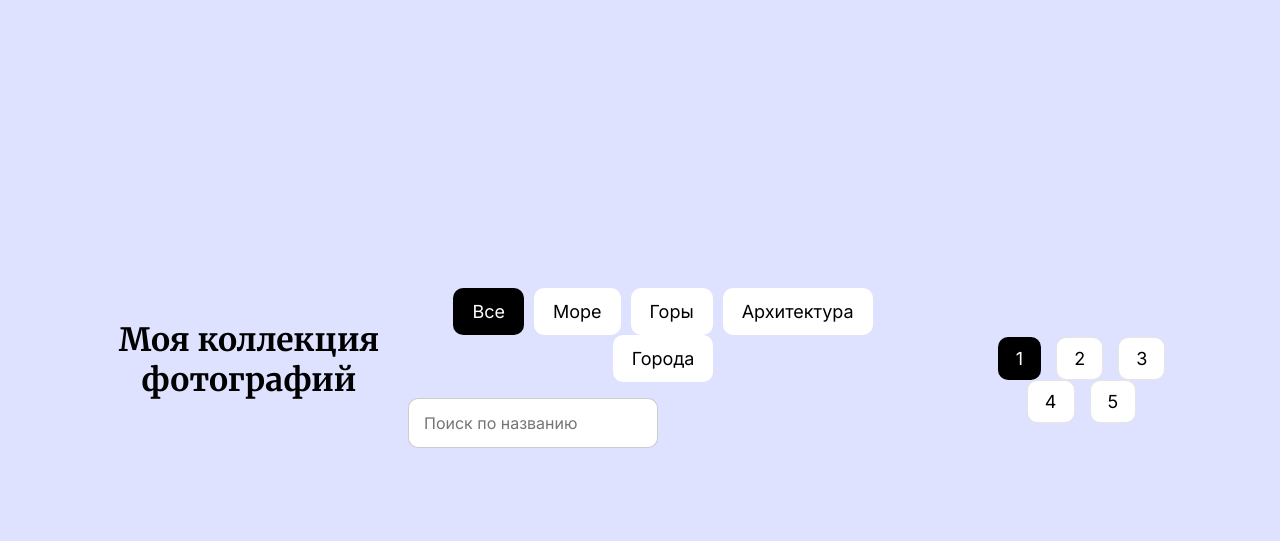
Repository: iveivs/archkv_6proj_react
Page: /
The author's editor kept a copy of each file at every save. The page is drawn from the files as they stood at one save, then again after the next save.
The browser window is 1280 px wide. The pictures show the whole page.
The page's requests for data from a server got no answer. The project was rebuilt for these pictures with package versions that can differ from the ones it lists, and the page was loaded fresh each time. No one was signed in, and anything a server would have sent is missing. Also part of the build but not shown: vite.config.js, src/components/modal/Modal1.jsx, src/components/modal2/Modal2.jsx, src/components/modal3/Modal3.jsx, src/components/photo/Collection.jsx, src/components/quiz/Game.jsx, src/components/quiz/Result.jsx, src/components/quiz/QuizMain.jsx and 5 more.

Above is the page before, as saved 2024-02-08 15:33:41.

### src/App.jsx
import { useState } from 'react'
// import './App.css'
import Modal1 from './components/modal/Modal1'
import Modal2 from './components/modal2/Modal2'
import Modal3 from './components/modal3/Modal3'
import TempAppPhoto from './components/photo/TempAppPhoto'
import QuizMain from './components/quiz/QuizMain'
// import './components/quiz/index.scss'
import TempAppUsers from './components/users/tempApp'
// В данном приложении рассмотрены небольшие различные компоненты
function App() {

  return (
    <>
      {/* <Modal1 /> */}
      {/* <Modal2 /> */}
      {/* <Modal3 />  */}
      {/* <QuizMain  /> */}
      {/* < TempAppUsers /> */}
      <TempAppPhoto  />
    </>
  )
}

export default App

### src/components/photo/TempAppPhoto.jsx
import React from "react";
import "./index.scss";
import { Collection } from "./Collection";
import { useState, useEffect } from "react";

const ctgry = [
    { name: "Все" },
    { name: "Море" },
    { name: "Горы" },
    { name: "Архитектура" },
    { name: "Города" },
];

function TempAppPhoto() {
    const [categoryId, setCategoryId] = useState(0);
    const [isLoading, setIsLoading] = useState(true);
    const [page, setPage] = useState(1);
    const [collection, setCollection] = useState([]);
    const [searchValue, setSearchValue] = useState("");

    useEffect(() => {
        setIsLoading(true);

        const category = categoryId ? `category=${categoryId}` : "";

        fetch(
            `https://65c398c639055e7482c13885.mockapi.io/photo_collections?page=${page}&limit=3&${category}`
        )
            .then((res) => res.json())
            .then((json) => {
                setCollection(json);
            })
            .catch((err) => {
                console.warn(err);
            })
            .finally(() => setIsLoading(false));
    }, [categoryId, page]);

    return (
        <div className="App">
            <h1>Моя коллекция фотографий</h1>
            <div className="top">
                <ul className="tags">
                    {ctgry.map((obj, index) => (
                        <li
                            onClick={() => setCategoryId(index)}
                            className={categoryId === index ? "active" : ""}
                            key={obj.name}
                        >
                            {obj.name}
                        </li>
                    ))}
                </ul>
                <input
                    value={searchValue}
                    onChange={(e) => setSearchValue(e.target.value)}
                    className="search-input"
                    placeholder="Поиск по названию"
                />
            </div>
            <div className="content">
                {isLoading ? (
                    <h2>Идёт загрузка...</h2>
                ) : (
                    collection
                        .filter((obj) =>
                            obj.name
                                .toLowerCase()
                                .includes(searchValue.toLowerCase())
                        )
                        .map((obj, index) => (
                            <Collection
                                key={index}
                                name={obj.name}
                                images={obj.photos}
                            />
                        ))
                )}
            </div>
            <ul className="pagination">
                {[...Array(5)].map((_, i) => (
                    <li
                        key={i}
                        onClick={() => setPage(i + 1)}
                        className={page === i + 1 ? "active" : ""}
                    >
                        {i + 1}
                    </li>
                ))}
            </ul>
        </div>
    );
}

export default TempAppPhoto;

### src/components/modal/Modal1.scss
* {
    font-family: -apple-system, BlinkMacSystemFont, 'Segoe UI', 'Roboto', 'Oxygen', 'Ubuntu',
        'Cantarell', 'Fira Sans', 'Droid Sans', 'Helvetica Neue', sans-serif;
}

body {
    margin: 0;
    -webkit-font-smoothing: antialiased;
    -moz-osx-font-smoothing: grayscale;
    background-color: #e6e8ec;
}

.App {
    display: flex;
    align-items: center;
    justify-content: center;
    height: 100vh;
    text-align: center;
}

.open-modal-btn {
    background: #fff;
    padding: 18px 25px;
    border-radius: 20px;
    font-weight: 500;
    border: 0;
    outline: none;
    font-size: 22px;
    cursor: pointer;
    line-height: 23px;
    box-shadow: 0 3px 5px rgba(0, 0, 0, 0.1);
    transition: all 0.1s ease-in-out;

    &:hover {
        box-shadow: 0 8px 10px rgba(0, 0, 0, 0.1);
        transform: translateY(-1px);
    }

    &:active {
        box-shadow: 0 1px 1px rgba(0, 0, 0, 0.1);
        transform: translateY(0);
    }
}

.overlay {
    position: absolute;
    left: 0;
    top: 0;
    width: 100%;
    height: 100%;
    background-color: rgba(0, 0, 0, 0.4);
    transition: all 0.5s ease-in-out;
}

.modal {
    background-color: #fff;
    width: 70%;
    max-width: 500px;
    max-height: 300px;
    padding: 40px 30px;
    border-radius: 10px;
    position: absolute;
    left: 50%;
    top: 50%;
    transform: translate(-50%, -50%);
    box-shadow: 0 3px 5px rgba(0, 0, 0, 0.1);
    transition: all 0.5s ease-in-out;

    img {
        border-radius: 5px;
        width: 100%;
    }

    svg {
        position: absolute;
        right: 10px;
        top: 10px;
        height: 24px;
        width: 24px;
        opacity: 0.3;
        cursor: pointer;

        &:hover {
            opacity: 1;
        }
    }
}

.overlay.animated {
    opacity: 0;
    visibility: hidden;

    .modal {
        opacity: 0;
        visibility: hidden;
        transform: translate(-50%, -30%);
        transition-delay: 0.2s;
    }

    &.show {
        opacity: 1;
        visibility: visible;

        .modal {
            opacity: 1;
            visibility: visible;
            transform: translate(-50%, -50%);
        }
    }
}

### src/components/modal2/Modal2.scss
* {
    font-family: -apple-system, BlinkMacSystemFont, 'Segoe UI', 'Roboto', 'Oxygen', 'Ubuntu',
        'Cantarell', 'Fira Sans', 'Droid Sans', 'Helvetica Neue', sans-serif;
}

body {
    margin: 0;
    -webkit-font-smoothing: antialiased;
    -moz-osx-font-smoothing: grayscale;
    background-color: #e6e8ec;
}

.App {
    display: flex;
    align-items: center;
    justify-content: center;
    height: 100vh;
    text-align: center;
}

.open-modal-btn {
    background: #fff;
    padding: 18px 25px;
    border-radius: 20px;
    font-weight: 500;
    border: 0;
    outline: none;
    font-size: 22px;
    cursor: pointer;
    line-height: 23px;
    box-shadow: 0 3px 5px rgba(0, 0, 0, 0.1);
    transition: all 0.1s ease-in-out;

    &:hover {
        box-shadow: 0 8px 10px rgba(0, 0, 0, 0.1);
        transform: translateY(-1px);
    }

    &:active {
        box-shadow: 0 1px 1px rgba(0, 0, 0, 0.1);
        transform: translateY(0);
    }
}

.overlay {
    position: absolute;
    left: 0;
    top: 0;
    width: 100%;
    height: 100%;
    background-color: rgba(0, 0, 0, 0.4);
    transition: all 0.5s ease-in-out;
}

.modal {
    background-color: #fff;
    width: 70%;
    max-width: 500px;
    max-height: 300px;
    padding: 40px 30px;
    border-radius: 10px;
    position: absolute;
    left: 50%;
    top: 50%;
    transform: translate(-50%, -50%);
    box-shadow: 0 3px 5px rgba(0, 0, 0, 0.1);
    transition: all 0.5s ease-in-out;

    img {
        border-radius: 5px;
        width: 100%;
    }

    svg {
        position: absolute;
        right: 10px;
        top: 10px;
        height: 24px;
        width: 24px;
        opacity: 0.3;
        cursor: pointer;

        &:hover {
            opacity: 1;
        }
    }
}

.overlay.animated {
    opacity: 0;
    visibility: hidden;

    .modal {
        opacity: 0;
        visibility: hidden;
        transform: translate(-50%, -30%);
        transition-delay: 0.2s;
    }

    &.show {
        opacity: 1;
        visibility: visible;

        .modal {
            opacity: 1;
            visibility: visible;
            transform: translate(-50%, -50%);
        }
    }
}

### src/components/modal3/Modal3.scss
* {
    font-family: -apple-system, BlinkMacSystemFont, 'Segoe UI', 'Roboto', 'Oxygen', 'Ubuntu',
        'Cantarell', 'Fira Sans', 'Droid Sans', 'Helvetica Neue', sans-serif;
}

body {
    margin: 0;
    -webkit-font-smoothing: antialiased;
    -moz-osx-font-smoothing: grayscale;
    background-color: #e6e8ec;
}

.App {
    display: flex;
    align-items: center;
    justify-content: center;
    height: 100vh;
    text-align: center;
}

.open-modal-btn {
    background: #fff;
    padding: 18px 25px;
    border-radius: 20px;
    font-weight: 500;
    border: 0;
    outline: none;
    font-size: 22px;
    cursor: pointer;
    line-height: 23px;
    box-shadow: 0 3px 5px rgba(0, 0, 0, 0.1);
    transition: all 0.1s ease-in-out;

    &:hover {
        box-shadow: 0 8px 10px rgba(0, 0, 0, 0.1);
        transform: translateY(-1px);
    }

    &:active {
        box-shadow: 0 1px 1px rgba(0, 0, 0, 0.1);
        transform: translateY(0);
    }
}

.overlay {
    position: absolute;
    left: 0;
    top: 0;
    width: 100%;
    height: 100%;
    background-color: rgba(0, 0, 0, 0.4);
    transition: all 0.5s ease-in-out;
}

.modal {
    background-color: #fff;
    width: 70%;
    max-width: 500px;
    max-height: 300px;
    padding: 40px 30px;
    border-radius: 10px;
    position: absolute;
    left: 50%;
    top: 50%;
    transform: translate(-50%, -50%);
    box-shadow: 0 3px 5px rgba(0, 0, 0, 0.1);
    transition: all 0.5s ease-in-out;

    img {
        border-radius: 5px;
        width: 100%;
    }

    svg {
        position: absolute;
        right: 10px;
        top: 10px;
        height: 24px;
        width: 24px;
        opacity: 0.3;
        cursor: pointer;

        &:hover {
            opacity: 1;
        }
    }
}

.overlay.animated {
    opacity: 0;
    visibility: hidden;

    .modal {
        opacity: 0;
        visibility: hidden;
        transform: translate(-50%, -30%);
        transition-delay: 0.2s;
    }

    &.show {
        opacity: 1;
        visibility: visible;

        .modal {
            opacity: 1;
            visibility: visible;
            transform: translate(-50%, -50%);
        }
    }
}

### src/components/photo/index.scss
@import url('https://fonts.googleapis.com/css2?family=Merriweather:wght@400;700&display=swap');

body {
  margin: 0;
  font-family: system-ui, -apple-system, BlinkMacSystemFont, 'Segoe UI', Roboto, Oxygen, Ubuntu,
    Cantarell, 'Open Sans', 'Helvetica Neue', sans-serif;
  -webkit-font-smoothing: antialiased;
  -moz-osx-font-smoothing: grayscale;
  background-color: #eff0f1;
}

* {
  box-sizing: border-box;
}

.App {
  padding: 50px;
  width: 100%;
  max-width: 1200px;
}

h1 {
  font-family: 'Merriweather', serif;
}

.tags {
  list-style: none;
  padding: 0;

  li {
    display: inline-block;
    padding: 12px 18px;
    background-color: #fff;
    border-radius: 10px;
    margin-right: 10px;
    cursor: pointer;
    font-weight: 500;
    font-size: 18px;
    border: 1px solid transparent;
    transition: all 0.15s ease-in-out;

    &:hover {
      border-color: #000;
    }

    &.active {
      background-color: #000;
      color: #fff;
    }
  }
}

.content {
  display: grid;
  grid-template-columns: repeat(3, 1fr);
  grid-column-gap: 30px;
  grid-row-gap: 30px;
  margin-top: 40px;

  @media (max-width: 1000px) {
    grid-template-columns: repeat(2, 1fr);
  }

  @media (max-width: 600px) {
    grid-template-columns: repeat(1, 1fr);
  }
}

.collection {
  max-width: 470px;
  background-color: #fff;
  padding: 30px;
  border-radius: 30px;
  box-shadow: 0 3px 0 rgba(0, 0, 0, 0.05);
  cursor: pointer;
  transition: all 0.15s ease-in-out;

  h4 {
    margin: 0;
    margin-top: 15px;
    font-size: 20px;
    font-family: 'Merriweather', serif;
  }

  &:hover {
    box-shadow: 0 20px 30px rgba(0, 0, 0, 0.1);
    transform: translateY(-5px);
  }

  @media (max-width: 1000px) {
    width: 100%;
  }

  img {
    object-fit: cover;
  }

  &__big {
    height: 250px;
    width: 100%;
    border-radius: 20px;
    margin-bottom: 15px;
  }

  &__bottom {
    display: flex;
    justify-content: space-between;
  }

  &__mini {
    width: 31%;
    height: 80px;
    border-radius: 20px;
  }
}

.top {
  display: flex;
  align-items: center;
  flex-wrap: wrap;
}

.search-input {
  font-size: 16px;
  width: 250px;
  height: 50px;
  padding: 0 15px;
  border-radius: 10px;
  border: 1px solid rgba(0, 0, 0, 0.2);
  outline: none;
  transition: all 0.15s ease-in-out;

  &:focus {
    border: 1px solid rgba(0, 0, 0, 0.4);
  }
}

.pagination {
  list-style: none;
  padding: 0;
  margin: 0;
  margin-top: 40px;

  li {
    display: inline-block;
    padding: 10px 17px;
    background-color: white;
    font-size: 18px;
    border-radius: 10px;
    margin-right: 15px;
    border: 1px solid rgba(0, 0, 0, 0.1);
    cursor: pointer;

    &.active {
      background-color: black;
      color: #fff;
    }
  }
}

### src/components/quiz/index.scss
@import url('https://fonts.googleapis.com/css2?family=Nunito:wght@400;500;700&display=swap');

body {
    margin: 0;
    font-family: 'Nunito', sans-serif;
    -webkit-font-smoothing: antialiased;
    -moz-osx-font-smoothing: grayscale;
    background-color: #6a5be2;
    display: flex;
    align-items: center;
    justify-content: center;
    height: 100vh;
}

.quiz {
    width: 500px;
    border-radius: 30px;
    padding: 40px;
    background-color: #fff;
    position: relative;

    .result {
        text-align: center;

        button {
            font-weight: bold;
            font-family: 'Nunito', sans-serif;
            border-radius: 30px;
            border: 0;
            padding: 15px 30px;
            font-size: 20px;
            background-color: darken(#ff006e, 3%);
            color: #fff;
            margin-top: 20px;
            cursor: pointer;
        }

        h2 {
            margin-bottom: 0;
        }

        img {
            width: 150px;
        }
    }

    .progress {
        height: 10px;
        border-radius: 30px;
        background-color: rgb(232, 232, 232);
        margin-bottom: 25px;

        &__inner {
            height: 100%;
            border-radius: 30px;
            width: 80%;
            background: rgb(18, 231, 48);
            transition: all 0.3s ease-in-out;
            background: linear-gradient(90deg, rgba(18, 231, 48, 1) 0%, rgba(0, 212, 255, 1) 100%);
        }
    }

    &:before,
    &:after {
        content: '';
        display: block;
        height: 50px;
        border-bottom-left-radius: 30px;
        border-bottom-right-radius: 30px;
        position: absolute;
        left: 50%;
        transform: translateX(-50%);
    }

    &:before {
        width: 95%;
        bottom: -10px;
        background-color: rgba(255, 255, 255, 0.8);
        z-index: 0;
    }

    &:after {
        width: 90%;
        bottom: -20px;
        background-color: rgba(255, 255, 255, 0.3);
        z-index: 1;
    }

    h1 {
        margin: 0;
    }

    ul {
        list-style: none;
        padding: 0;

        li {
            padding: 15px;
            border: 2px solid rgba(0, 0, 0, 0.1);
            border-radius: 15px;
            margin-bottom: 10px;
            cursor: pointer;
            transition: all 0.1s ease-in-out;

            &:hover {
                border: 2px solid rgba(0, 0, 0, 0.3);
            }
        }
    }
}

### src/components/users/index.scss
@import url('https://fonts.googleapis.com/css2?family=Merriweather:wght@700;900&display=swap');
@import url('https://fonts.googleapis.com/css2?family=Inter:wght@400&display=swap');

body {
    margin: 0;
    -webkit-font-smoothing: antialiased;
    -moz-osx-font-smoothing: grayscale;
    background-color: #dfe2ff;
}

* {
    box-sizing: border-box;
    font-family: 'Inter', sans-serif;
    outline: none;
}

.tempappusers {
    width: 400px;
    height: 600px;
    margin: 50px auto;
    background-color: #fff;
    border-radius: 30px;
    box-shadow: 0 2px 5px rgba(0, 0, 0, 0.05);
    padding: 40px;
}

.search {
    position: relative;

    input {
        border: 1px solid rgba(0, 0, 0, 0.08);
        padding: 15px;
        border-radius: 15px;
        width: 100%;
        font-size: 16px;
        padding-left: 50px;
    }

    svg {
        width: 18px;
        height: 18px;
        position: absolute;
        top: 17px;
        left: 20px;
        opacity: 0.3;
    }
}

.users-list {
    list-style: none;
    padding: 0;
    margin: 0;
    overflow: auto;
    height: calc(100% - 130px);
    margin-top: 30px;

    li {
        display: flex;
        align-items: center;
        justify-content: space-between;
        margin-bottom: 15px;

        &>div {
            display: flex;
        }

        img.avatar {
            border-radius: 30px;
            width: 50px;
            height: 50px;
            margin-right: 15px;
        }

        .action {
            width: 28px;
            height: 28px;
            opacity: 0.3;
            cursor: pointer;

            &:hover {
                opacity: 0.8;
            }
        }

        h3 {
            margin: 0;
            font-weight: 900;
            font-family: 'Merriweather', serif;
            margin-left: 15px;
            margin-top: 5px;
            margin-left: 0;
            color: #182170;
        }

        p {
            display: flex;
            align-items: center;
            font-size: 14px;
            margin: 0;
            color: rgba(0, 0, 0, 0.5);
            margin-top: 3px;

            svg {
                width: 16px;
                height: 16px;
                margin-right: 4px;

                path {
                    fill: rgba(0, 0, 0, 0.2);
                }
            }
        }
    }
}

.send-invite-btn {
    background-color: rgb(251, 80, 0);
    padding: 16px 15px;
    border-radius: 15px;
    font-size: 16px;
    color: #fff;
    width: 100%;
    border: 0;
    outline: none;
    box-shadow: 0 7px 10px rgba(251, 80, 0, 0.4);
    cursor: pointer;
    transition: all 0.1s ease-in-out;

    &:hover {
        background-color: rgb(255, 97, 24);
    }

    &:active {
        transform: translateY(2px);
        box-shadow: none;
    }
}

.success-block {
    display: flex;
    align-items: center;
    justify-content: center;
    height: 100%;
    flex-direction: column;
    animation: success-show 0.5s cubic-bezier(0.25, 0.75, 0.5, 1.25);

    img {
        width: 120px;
        height: 120px;
    }

    h3 {
        font-size: 24px;
        margin-bottom: 0;
        margin-top: 10px;
    }

    p {
        text-align: center;
        margin-bottom: 30px;
    }

    button {
        width: 200px;
    }
}

.skeleton-list {
    height: calc(100% - 130px);
    margin-top: 30px;

    svg {
        margin-bottom: 15px;
    }
}

@keyframes success-show {
    0% {
        opacity: 0;
        transform: scale(0.8);
    }

    100% {
        opacity: 1;
        transform: scale(1);
    }
}

Loaded but not shown: index.html (common file); src/main.jsx (common file); src/index.css (no stored copy; drawn as an empty file)

After the next save:
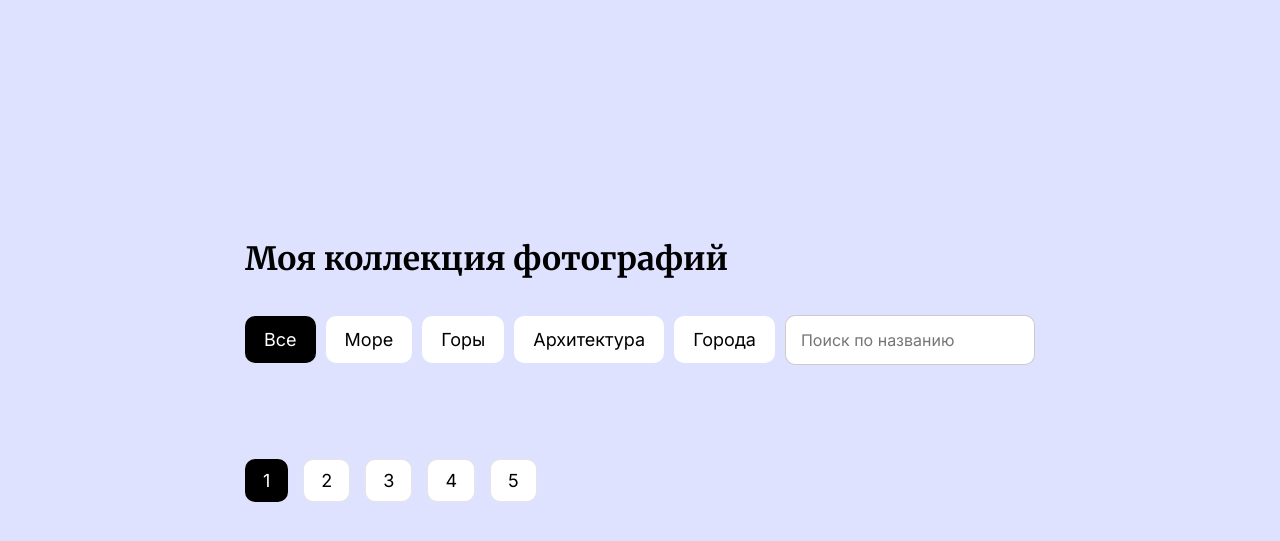
Saved 58 s later.
--- a/src/components/photo/TempAppPhoto.jsx
+++ b/src/components/photo/TempAppPhoto.jsx
@@ -37,7 +37,7 @@ function TempAppPhoto() {
     }, [categoryId, page]);
 
     return (
-        <div className="App">
+        <div className="tempappphoto">
             <h1>Моя коллекция фотографий</h1>
             <div className="top">
                 <ul className="tags">
